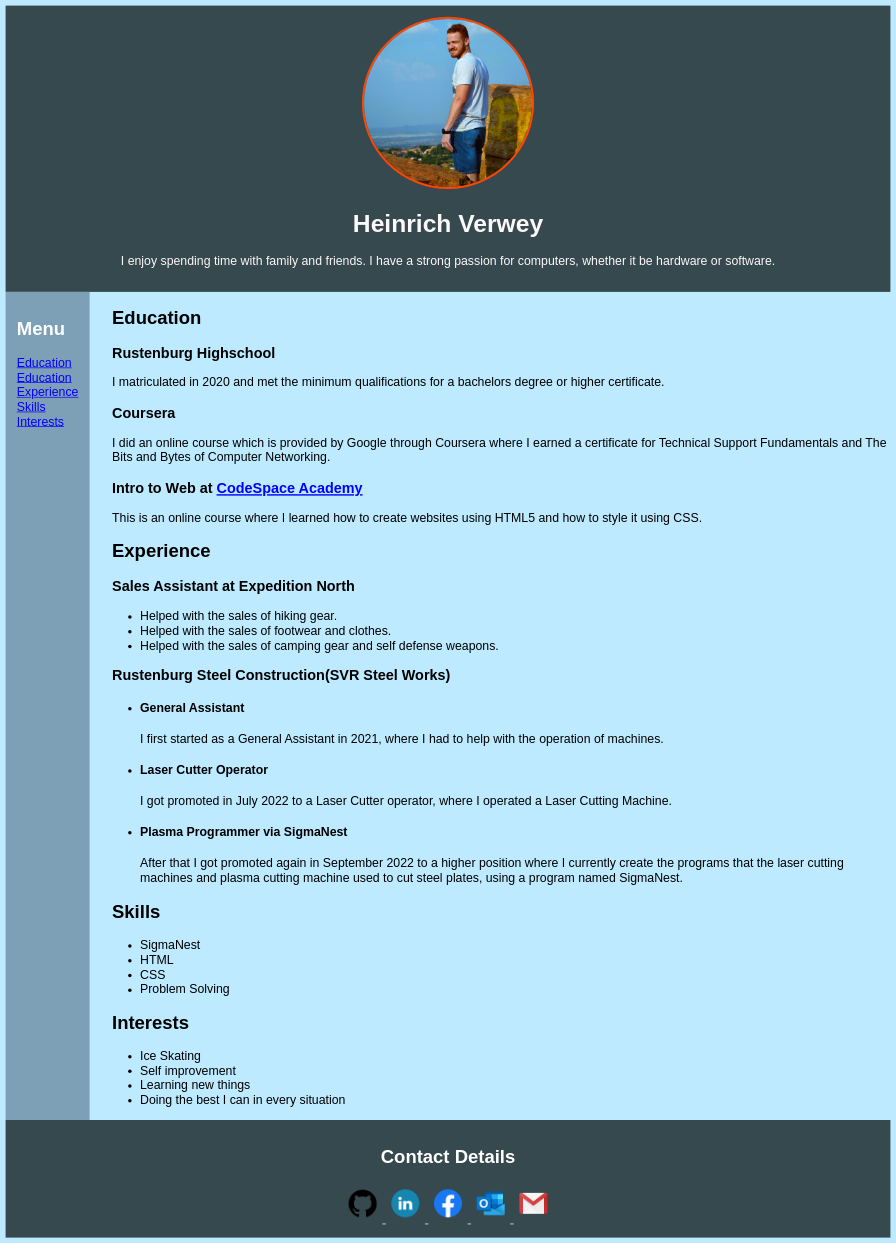
Repository: W3asl3y/IntroToWebDesign
Page: index.html
These files come from the project's save history. The page is drawn as it stood at one moment and after the next save; the edit follows.
The browser window is 1280 px wide. The pictures show the whole page, at 70% of full size.

Above is the page before, as saved 2022-11-09 22:04:52.

### index.html
<!DOCTYPE html>
<html lang="en">
    <head>
        <meta charset="UTF-8">
        <meta http-equiv="X-UA-Compatible" content="IE=edge">
        <meta name="viewport" content="width=device-width, initial-scale=1.0">
        <title>
            My Resume
        </title>
        <link rel="stylesheet" type="text/css" href="css/stylesheet.css">

    </head>
    <body>
        <header id="heading">
            <img id="profile_picture" src="images/heinrich.jpg" alt="My profile picture" >
            <h1>
                 Heinrich Verwey
            </h1>
            <p>
                I enjoy spending time with family and friends. I have a strong passion for computers, whether it be hardware or software.
            </p>
        </header>
        <main>
            <div id="sidebar">
                <nav>
                    <h2 id="menu">
                        Menu
                    </h2>
                    <ul class="nav-menu">
                        <li>
                            <a href="#education"> Education </a>
                        </li>
                        <li>
                            <a href="#education"> Education </a>
                        </li>
                        <li>
                            <a href="#experience"> Experience </a>
                        </li>
                        <li>
                            <a href="#skills"> Skills </a>
                        </li>
                        <li>
                            <a href="#interests"> Interests </a>
                        </li>
                    </ul>
                </nav>
            </div>
            <div id="contents">
                <h2 id=education>
                    Education
                </h2>
                <h3>
                    Rustenburg Highschool
                </h3>
                <p>
                    I matriculated in 2020 and met the minimum qualifications for a bachelors degree or higher certificate.
                </p>
                <h3>
                    Coursera
                </h3>
                <p>
                    I did an online course which is provided by Google through Coursera where I earned a certificate for Technical Support Fundamentals and The Bits and Bytes of Computer Networking.
                </p>
                <h3>
                    Intro to Web at <a href="https://www.codespace.co.za/courses/frontend-web-development/">CodeSpace Academy</a>
                </h3>
                <p>
                    This is an online course where I learned how to create websites using HTML5 and how to style it using CSS.
                </p>
                </h3>
                <h2 id="experience">
                    Experience
                </h2>
                <h3>
                    Sales Assistant at Expedition North
                </h3>
                <ul>
                    <li>
                        Helped with the sales of hiking gear.
                    </li>
                    <li>
                        Helped with the sales of footwear and clothes.
                    </li>
                    <li>
                        Helped with the sales of camping gear and self defense weapons.
                    </li>
                </ul>
                <h3>
                    Rustenburg Steel Construction(SVR Steel Works)
                </h3>
                <ul>
                    <li>
                        <h4>
                            General Assistant
                        </h4>
                            <p>
                                I first started as a General Assistant in 2021, where I had to help with the operation of machines.
                            </p>
                    </li>
                    <li>
                        <h4>
                            Laser Cutter Operator
                        </h4>
                            <p>
                                I got promoted in July 2022 to a Laser Cutter operator, where I operated a Laser Cutting Machine.
                            </p>
                    </li>
                    <li>
                        <h4>
                            Plasma Programmer via SigmaNest
                        </h4>
                            <p>
                                After that I got promoted again in September 2022 to a higher position where I currently create the programs that the laser cutting machines and plasma cutting machine used to cut steel plates, using a program named SigmaNest.
                            </p>
                    </li>
                </ul>
                <h2 id="skills">
                    Skills
                </h2>
                <ul>
                    <li>
                        SigmaNest
                    </li>
                    <li>
                        HTML
                    </li>
                    <li>
                        CSS
                    </li>
                    <li>
                        Problem Solving
                    </li>
                </ul>
                <h2 id="interests">
                    Interests
                </h2>
                <ul>
                    <li>
                        Ice Skating
                    </li>
                    <li>
                        Self improvement
                    </li>
                    <li>
                        Learning new things
                    </li>
                    <li>
                        Doing the best I can in every situation
                    </li>
                </ul>
            </div>
        </main>
        <footer class="footer">
            <h2>
                Contact Details
            </h2>
                <a href="https://github.com/W3asl3y" target="_blank">
                    <img class="my_contacts" src="Images\Github-22.png" alt="My Github">
                 </a>
                <a href="https://www.linkedin.com/in/heinrich-verwey-1627a7205/" target="_blank">
                    <img class="my_contacts" src="Images\LinkedIn.webp" alt="My LinkedIn">
                </a>
                <a  href="https://www.facebook.com/heinrich.verwey.79/" target="_blank">
                    <img class="my_contacts" src="Images\Facebook.webp" alt=" My Facebook">
                </a>
                <a href="mailto:verwey41@outlook.com" target="_blank">
                    <img class="my_contacts" src="Images\Microsoft-Outlook-01.png" alt="My Outlook Email">
                </a>
                <a href="https://mail.google.com/mail/u/0/#inbox?compose=DmwnWrRpddMlNTSjFqkttlfhgGgSTqTdZwvhCZbHGPMFCZvZVTDvqlDvZQjtBGtGFFxcnhXPNVnl" target="_blank">
                    <img class="my_contacts" src="Images\Gmail.webp" alt="My Gmail Email">
                </a>

        </footer>
    </body>
</html

### CSS/stylesheet.css
body{
     font-family:sans-serif;
     font-size:110%;
     background-color: #bdeaff;
     display: flex;
     flex-direction: column;
}

main {
     display: flex;
     flex-direction: row;
     overflow: unset;
}

header {
     text-align: center;
    -webkit-text-fill-color: #FCF7F8;
     background-color: #36494e;
     padding: 1rem;
}

#profile_picture {
     width: 15rem;
     border-radius: 50%;
     border: 3px solid orangered;
}

#sidebar {
    background-color: #7ea0b7;
    width: 120px  ;
    padding: 1rem;
    position: sticky;
}

#menu {
     -webkit-text-fill-color:white ;
}

.nav-menu {
     list-style: none;
     padding: 0%;

}

#contents {
     padding-left: 2rem;
}

a:link {
     color: blue;
}

a:visited {
     color: blue;
}

.my_contacts {
     width: 40px;
     padding: 0.5rem;
}



footer {
     background-color: #36494e;
     text-align: center;
     -webkit-text-fill-color: white;
     padding: 1rem;
     justify-content: center;
}

After the next save:
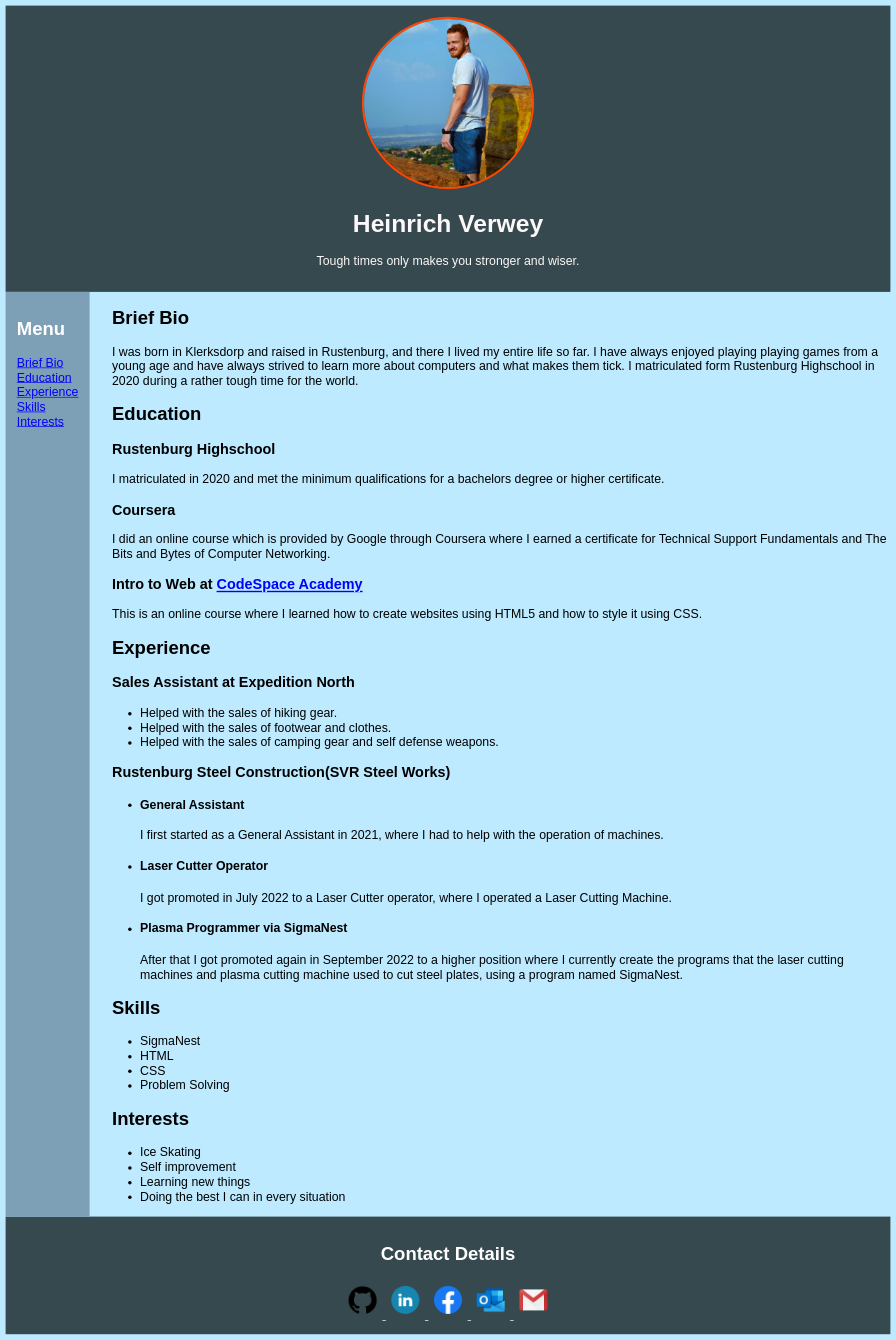
Saved 6 min 49 s later.
--- a/index.html
+++ b/index.html
@@ -17,7 +17,7 @@
                  Heinrich Verwey
             </h1>
             <p>
-                I enjoy spending time with family and friends. I have a strong passion for computers, whether it be hardware or software.
+                Tough times only makes you stronger and wiser.
             </p>
         </header>
         <main>
@@ -28,7 +28,7 @@
                     </h2>
                     <ul class="nav-menu">
                         <li>
-                            <a href="#education"> Education </a>
+                            <a href="#brief_bio"> Brief Bio </a>
                         </li>
                         <li>
                             <a href="#education"> Education </a>
@@ -46,6 +46,12 @@
                 </nav>
             </div>
             <div id="contents">
+                <h2 id=brief_bio>
+                    Brief Bio
+                </h2>
+                <p>
+                    I was born in Klerksdorp and raised in Rustenburg, and there I lived my entire life so far. I have always enjoyed playing playing games from a young age and have always strived to learn more about computers and what makes them tick. I matriculated form Rustenburg Highschool in 2020 during a rather tough time for the world.
+                </p>
                 <h2 id=education>
                     Education
                 </h2>
